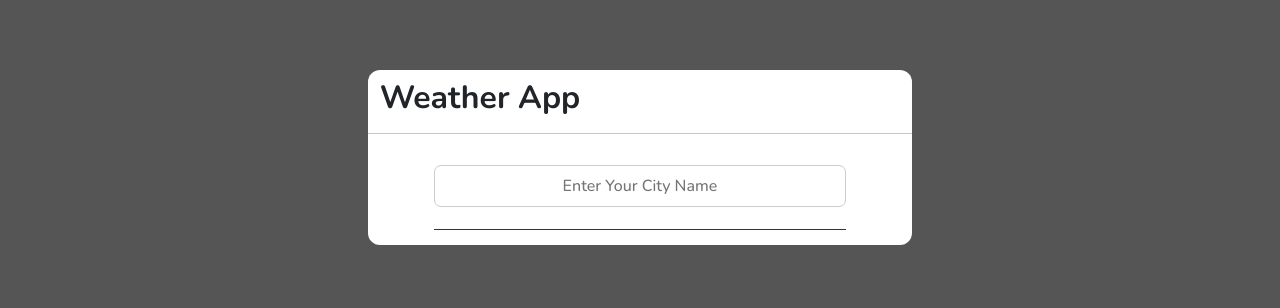
Repository: youssef168/Weather-App
Page: index.htm
The author's editor kept a copy of each file at every save. The page is drawn from the files as they stood at one save, then again after the next save.
The browser window is 1280 px wide. The pictures show the whole page.

Above is the page before, as saved 2021-12-28 21:47:37.

After the next save:
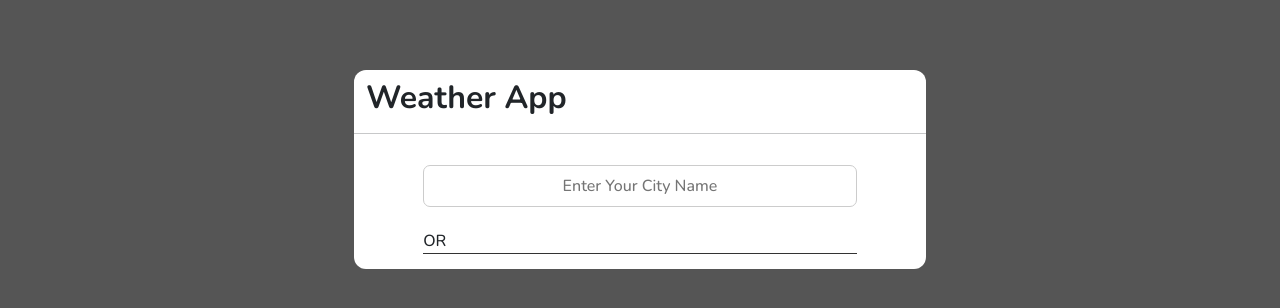
Saved 20 s later.
--- a/style.css
+++ b/style.css
@@ -129,5 +129,6 @@
 }
 
 .input::after {
-    content: "";
+    content: "OR";
+
 }

After the save that followed:
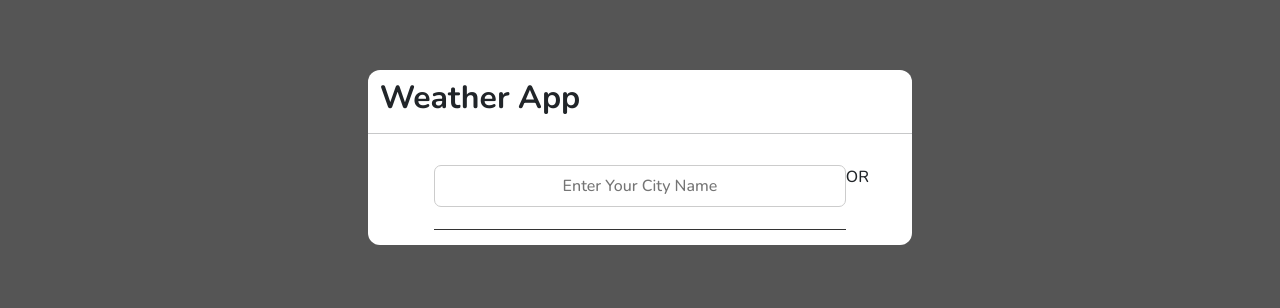
Saved 9 s later.
--- a/style.css
+++ b/style.css
@@ -130,5 +130,5 @@
 
 .input::after {
     content: "OR";
-
+    position: absolute;
 }
